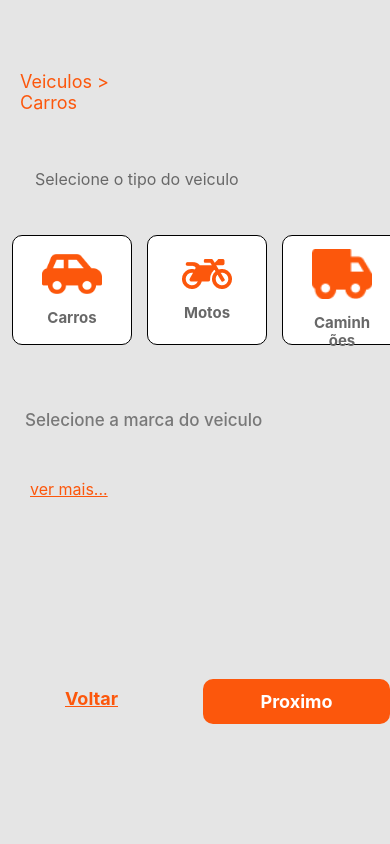
Repository: KevynMarques/React-Native-Koob
Screen: /Page1
These files come from the project's save history. The screen is drawn as it stood at one moment and after the next save; the edit follows.
The page's requests for data from a server got no answer. The app was drawn by React Native's web renderer in a window 390 px wide. The project was rebuilt for these pictures with package versions that can differ from the ones it lists, and the page was loaded fresh each time. No one was signed in, and anything a server would have sent is missing. Also part of the build but not shown: src/Components/Buttons/ButtonTruck/index.tsx, src/Components/Buttons/ButtonMoto/index.tsx.

Above is the screen before, as saved 2022-02-13 14:18:41.

### App.tsx
import { StatusBar } from 'expo-status-bar';
import { Text, View } from 'react-native';
import Routers from './src/routes';

export default function App() {
  return (
      <>
      <StatusBar style="auto" />
      <Routers />
      </>
  );
}

### src/routes.tsx
import React from "react";
import { NavigationContainer } from "@react-navigation/native";
import { createNativeStackNavigator } from "@react-navigation/native-stack";

import Home from "./Screens/Home/index";
import Page1 from "./Screens/Page1/index";
import Page2 from "./Screens/Page2/page2";
import Page3 from "./Screens/Page3/page3";
import Page4 from "./Screens/Page4/page4";

const Stack = createNativeStackNavigator();

export default () =>{
  return(
  <NavigationContainer>
    <Stack.Navigator>

     <Stack.Screen
       name="Home"
       component={Home}
       options={{headerShown: false}}
     />

    <Stack.Screen
       name="Page1"
       component={Page1}
       options={{headerShown: false}}
     />
    </Stack.Navigator>
  </NavigationContainer>


  );
}

### src/Screens/Home/index.tsx
import React from "react";
import { View, Text } from "react-native";
import {
  Tittle, SubTittle,
  Description, Box, TittleBox, Car
 } from "./Styled";
 import {useNavigation} from '@react-navigation/native'
 import { ContainerP } from "../../Components/ContainerPrincipal/style";

export default () =>{
  const navigation = useNavigation();
  return (
  <ContainerP>
    <Tittle>
      <Text> Olá </Text>
    </Tittle>

     <SubTittle>
      <Text> Bem vindo ao BRApp. </Text>
     </SubTittle>

     <Description>
      <Text>
       Aqui é possivel realizar buscas das informacoes mais relevantes, basta selecionar um tema abaixo.
       </Text>
     </Description>

     <Box
     onPress={()=> navigation.navigate('Page1')}
     >
       <Car
        source={require('../../Assets/CarHome.png')}
        />
       <TittleBox>
         <Text>Veiculos</Text>
      </TittleBox>
      </Box>
      </ContainerP>
  );

}

### src/Screens/Page1/index.tsx
import React, {useState} from "react";
import { Sequencia, ContainerTroca } from "./style";
import { Description } from "../Home/Styled";
import { TextCar, IconCar } from "../../Components/Buttons/ButtonCarro/style";
import { ButtonCycle } from "../../Components/Buttons/ButtonMoto/Style";
import { ButtonTrucks, TextTruck, IconTruck} from "../../Components/Buttons/ButtonTruck/style";
import { IconMoto, TextMoto } from "../../Components/Buttons/ButtonMoto/Style";
import { SelectMarca } from "../../Components/Tittles&Textos";
import { BotaoCarros } from "../../Components/Buttons/ButtonCarro/style";
import { Scroll } from "./style";
import { Voltar, TextVoltar } from "../../Components/Buttons/ButtonVoltar";
import ButtonTruck from "../../Components/Buttons/ButtonTruck";
import ButtonCarro from "../../Components/Buttons/ButtonCarro";
import ButtonMoto from "../../Components/Buttons/ButtonMoto";
import {useNavigation} from '@react-navigation/native'
import { Proximo, TextProximo} from "../../Components/Buttons/ButtonProximo/style";
import { ContainerP } from "../../Components/ContainerPrincipal/style";



export default () =>{
  const [trocar, setTrocar]=useState(<ButtonCarro />);

  const navigation = useNavigation();
  return (
    <ContainerP>
<Scroll>
   <Sequencia>
      Veiculos {'>'} Carros
   </Sequencia>

   <Description>Selecione o tipo do veiculo</Description>

   <BotaoCarros onPress={()=>setTrocar(<ButtonCarro/>)}>
       <IconCar
        source={require('../../Assets/CarHome.png')} />
      <TextCar>Carros</TextCar>
       </BotaoCarros>


   <ButtonCycle  onPress={()=>setTrocar(<ButtonMoto/>)} >
        <IconMoto  source={require('../../Assets/Moto.png')}  />
        <TextMoto>Motos</TextMoto>
   </ButtonCycle>

   <ButtonTrucks  onPress={()=>setTrocar(<ButtonTruck/>)} >
        <IconTruck
         source={require('../../Assets/Truck.png')} />
         <TextTruck>Caminhões</TextTruck>
   </ButtonTrucks>

    <SelectMarca>Selecione a marca do veiculo</SelectMarca>
       <ContainerTroca>
         {trocar}
       </ContainerTroca>
       <Voltar  onPress={()=> navigation.navigate('Home')} >
         <TextVoltar>Voltar</TextVoltar>
      </Voltar>
         <Proximo>
         <TextProximo>Proximo</TextProximo>
     </Proximo>
   </Scroll>
   </ContainerP>
  );

}

### src/Screens/Home/Styled.tsx
import {Image} from "react-native";
import styled from "styled-components/native";


export const Tittle = styled.Text`
position: absolute;
width: 73px;
height: 41px;
left: 35px;
top: 77px;
font-family:Arial;
font-style: normal;
font-weight: bold;
font-size: 35px;
line-height: 41px;
color: #686868;

`;

export const SubTittle = styled.Text `

position: absolute;
width: 270px;
height: 29px;
left: 35px;
top: 118px;
font-family:Arial;
font-style: normal;
font-weight: 600;
font-size: 25px;
line-height: 29px;
color: #686868;
`;

export const Description = styled.Text `
  position: absolute;
width: 361px;
height: 47px;
left: 35px;
top: 170px;
font-style: normal;
font-weight: normal;
font-size: 16px;
line-height: 19px;
color: #686868;
`;


export const Box = styled.TouchableOpacity`
position: absolute;
width: 366px;
height: 315px;
left: 30px;
top: 285px;
background: #FAFAFA;
border: 1px solid #FC570C;
border-radius: 10px;
align-items: center;
justify-content: center;
`;

export const TittleBox = styled.Text`
position: absolute;
width: 175px;
height: 48px;
left: 100px;
top: 220px;
font-style: normal;
font-weight: bold;
font-size: 40px;
line-height: 47px;
color: #686868;

`;

export const Car = styled.Image`
 margin-top: -50px;
`;

### src/Components/ContainerPrincipal/style.tsx
import styled from "styled-components/native";


 export const ContainerP = styled.View `
  background: #E5E5E5;
  height: 100%;
 `;

### src/Screens/Page1/style.tsx
import styled from "styled-components/native";


export  const Sequencia = styled.Text `
position: absolute;
width: 140px;
height: 21px;
left: 20px;
top: 71px;
font-style: normal;
font-weight: normal;
font-size: 18px;
line-height: 21px;
color: #FC570C;

`;

export const Scroll = styled.ScrollView `

`;


export const ContainerTroca = styled.View `

`;

### src/Components/Buttons/ButtonCarro/style.tsx
import styled from "styled-components/native";

export const TextCar = styled.Text `
width: 65px;
height: 18px;
text-align: center;
margin-top: 15px;
font-style: normal;
font-weight: bold;
font-size: 15px;
line-height: 18px;
color: #686868;
`;

export const IconCar = styled.Image `
  width: 60px;
  height: 40px;
`;


export const ContainerL = styled.View `
   flex-direction: row;
   flex-wrap: wrap;
   justify-content: space-between;
   margin-top: 470px;
`;

export const ContainerMarcas = styled.TouchableOpacity `
height: 46px;
top: 500px;
background-color: #FFF;
border-radius: 10px;
margin:10px;
`;


export const DadosAPi = styled.Text `
font-weight: bold;
font-size: 18px;
color:#FC570C;
text-align: center;
padding-top: 8px;
padding-left: 5px;
padding-right: 5px;
`;

export const BotaoCarros = styled.TouchableOpacity `
position: absolute;
width: 120px;
height: 110px;
left: 12px;
top: 185px;
border: 1px solid #000000;
border-radius: 10px;
margin-top: 50px;
align-items: center;
justify-content: center;
z-index: 9999;
background-color: #ffffff;
`;

### src/Components/Buttons/ButtonMoto/Style.tsx
import styled from "styled-components/native";
import { TextCar } from "../ButtonCarro/style";

export const IconMoto = styled.Image `
  width: 50px;
  height: 30px;


`;

export const ButtonCycle = styled.TouchableOpacity`
 margin-left:135px;
 position: absolute;
width: 120px;
height: 110px;
left: 12px;
top: 185px;
border: 1px solid #000000;
border-radius: 10px;
margin-top: 50px;
align-items: center;
justify-content: center;
z-index: 9999;
background-color: #ffffff;
`;


export const TextMoto = styled(TextCar)`


`;

### src/Components/Buttons/ButtonTruck/style.tsx
import styled from "styled-components/native";
import { TextCar } from "../ButtonCarro/style";

export const ButtonTrucks = styled.TouchableOpacity `
 margin-left: 270px;
position: absolute;
width: 120px;
height: 110px;
left: 12px;
top: 185px;
border: 1px solid #000000;
border-radius: 10px;
margin-top: 50px;
align-items: center;
justify-content: center;
z-index: 9999;
background-color: #ffffff;
`;

export const IconTruck = styled.Image `
  width: 60px;
  height: 50px;
`;


export const TextTruck = styled(TextCar) `

`;

### src/Components/Tittles&Textos/index.tsx
import styled from "styled-components/native";


export  const SelectMarca = styled.Text `

position: absolute;
width: 250px;
height: 20px;
left: 25px;
top: 410px;
font-style: normal;
font-weight: 500;
font-size: 17px;
line-height: 20px;
color: #787878;
`;

### src/Components/Buttons/ButtonVoltar/index.tsx
import styled from "styled-components/native";


export const Voltar = styled.TouchableOpacity `
height: 21px;
left: 65px;
top: 170px;
`;

export const TextVoltar = styled.Text `
font-style: normal;
font-weight: bold;
font-size: 18px;
line-height: 21px;
text-decoration-line: underline;
color: #FC570C;
`;

### src/Components/Buttons/ButtonCarro/index.tsx
import React, {useEffect, useState} from "react";
import { VerMais } from "../verMais/style";
import { ContainerL, ContainerMarcas } from "./style";
import { TextoVer } from "../verMais/style";
import { api } from "../../../Services/api";
import { DadosAPi } from "./style";


export default () =>{

  const [abrir, setAbrir] = useState(false);
  const [marcas, setMarcas ] =  useState([]);

 useEffect(() =>{
 api.get('/carros/marcas').then((response)=>{
  setMarcas(response.data)
 }).catch(()=>{
  console.log('Erro api')
 })
 }, [])


 const Ver =() => {
   setAbrir(!abrir);
 }


  return (
 <>
    <ContainerL>
    {abrir ? marcas.map((marcas, key, )=> {

     return (
         <ContainerMarcas
          key={key}>
          <DadosAPi>
         {marcas.nome}
         </DadosAPi>

         </ContainerMarcas>
        )
      }) : marcas.map((marcas, key, )=> {

      return (
        <ContainerMarcas
        key={key}>
        <DadosAPi>
       {marcas.nome}
       </DadosAPi>
       </ContainerMarcas>
        )
        }).splice(0,7)}
        </ContainerL>

   <VerMais
   onPress={Ver}
   >
   <TextoVer>{abrir ? 'ver menos...' : 'ver mais...'}</TextoVer>
   </VerMais>

   </>
  );

}

### src/Components/Buttons/ButtonProximo/style.tsx
import styled from "styled-components/native";


export const Proximo = styled.TouchableOpacity `
width: 187px;
height: 45px;
left: 203px;
top: 140px;
background: #FC570C;
border-radius: 10px;
align-items: center;
justify-content: center;
`;

export const TextProximo = styled.Text `

font-style: normal;
font-weight: bold;
font-size: 18px;
line-height: 21px;
color: #FFFFFF;
`;

### src/Services/api.tsx
import axios from "axios";

 export const api = axios.create({
  baseURL:'https://parallelum.com.br/fipe/api/v1'
})

### src/Components/Buttons/verMais/style.tsx
import styled from "styled-components/native";

export const VerMais = styled.TouchableOpacity `

`;

export const TextoVer = styled.Text `
font-style: normal;
font-weight: normal;
font-size: 16px;
line-height: 18px;
text-decoration-line: underline;
color: #FC570C;
margin-top: 10px;
margin-left: 30px;
margin-bottom: 20px;
`;

After the next save:
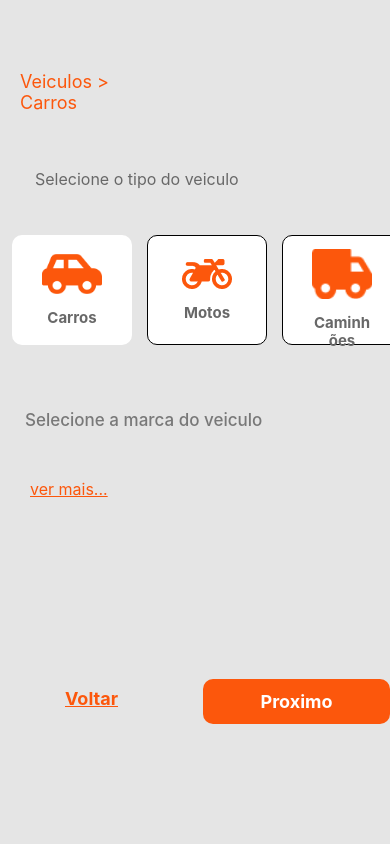
Saved 31 s later.
--- a/src/Components/Buttons/ButtonCarro/style.tsx
+++ b/src/Components/Buttons/ButtonCarro/style.tsx
@@ -50,7 +50,6 @@ width: 120px;
 height: 110px;
 left: 12px;
 top: 185px;
-border: 1px solid #000000;
 border-radius: 10px;
 margin-top: 50px;
 align-items: center;
